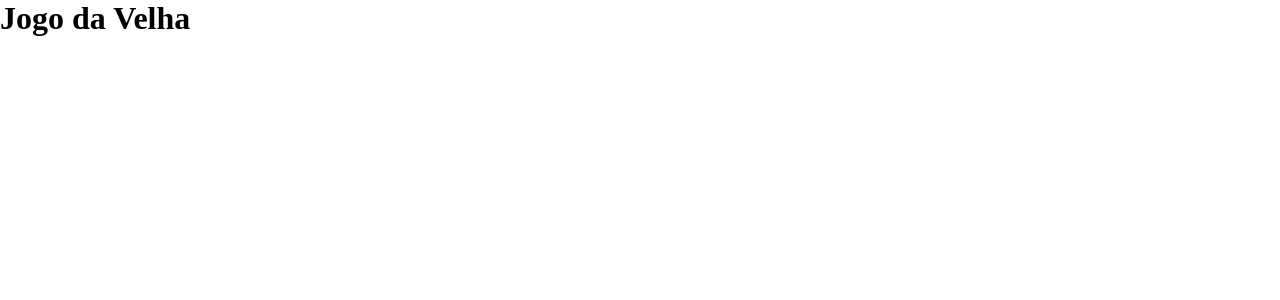
Repository: guilhermecardoso93/jogodavelha
Page: index.html
These files come from the project's save history. The page is drawn as it stood at one moment and after the next save; the edit follows.
The browser window is 1280 px wide. The pictures show the whole page.

Above is the page before, as saved 2023-05-30 22:52:39.

After the next save:
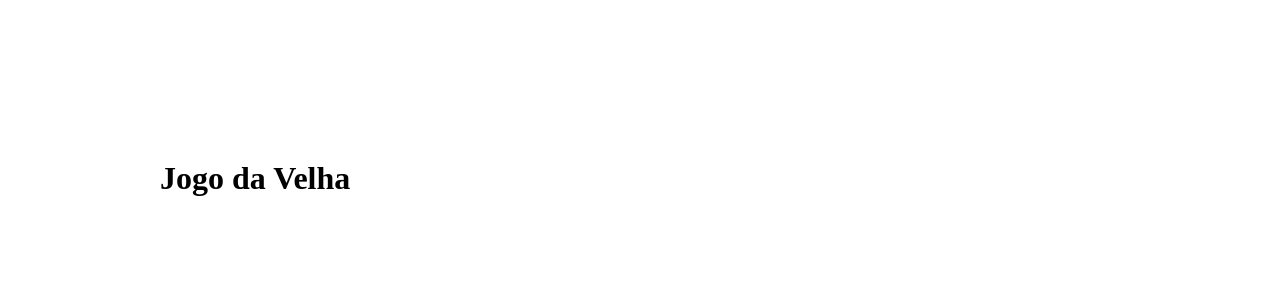
Saved 16 s later.
--- a/styles.css
+++ b/styles.css
@@ -4,6 +4,10 @@
   box-sizing: border-box;
 }
 
+body {
+  padding: 10rem;
+}
+
 main {
   margin: 0 auto;
 }
